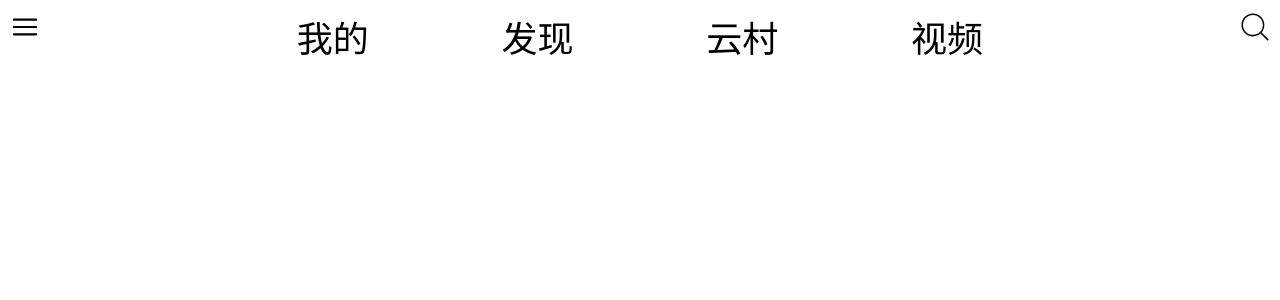
Repository: Kimice1230/Vue-
Page: / (app in wangyiyun-app/)
These files come from the project's save history. The page is drawn as it stood at one moment and after the next save; the edit follows.
The browser window is 1280 px wide. The pictures show the whole page.
The project was rebuilt for these pictures with package versions that can differ from the ones it lists, and the page was loaded fresh each time. Also part of the build but not shown: wangyiyun-app/vue.config.js.

Above is the page before, as saved 2022-07-19 16:04:56.

### wangyiyun-app/public/index.html
<!DOCTYPE html>
<html lang="">
  <head>
    <meta charset="utf-8">
    <meta http-equiv="X-UA-Compatible" content="IE=edge">
    <meta name="viewport" content="width=device-width,initial-scale=1.0">
    <link rel="icon" href="<%= BASE_URL %>favicon.ico">
    <title><%= htmlWebpackPlugin.options.title %></title>
  </head>
  <body>
    <noscript>
      <strong>We're sorry but <%= htmlWebpackPlugin.options.title %> doesn't work properly without JavaScript enabled. Please enable it to continue.</strong>
    </noscript>
    <div id="app"></div>
    <script src="./js/rem.js"></script>
    <script src="./iconfonts/iconfont.js"></script>
    <!-- built files will be auto injected -->
  </body>
</html>
<style>
.icon {
  width: 1em;
  height: 1em;
  vertical-align: -0.15em;
  fill: currentColor;
  overflow: hidden;
}
</style>

### wangyiyun-app/src/App.vue
<template>
  <router-view/>
</template>

<style lang="less">
  *{
    margin: 0;
    padding: 0;
    box-sizing: border-box;
  }
  // .icon{

  // }

</style>

### wangyiyun-app/src/router/index.js
import { createRouter, createWebHistory } from 'vue-router'
import Home from '../views/Home.vue'

const routes = [
  {
    path: '/',
    name: 'home',
    component: Home
  },
  {
    path: '/about',
    name: 'about',
    // route level code-splitting
    // this generates a separate chunk (about.[hash].js) for this route
    // which is lazy-loaded when the route is visited.
    component: () => import(/* webpackChunkName: "about" */ '../views/About.vue')
  }
]

const router = createRouter({
  history: createWebHistory(process.env.BASE_URL),
  routes
})

export default router

### wangyiyun-app/src/views/Home.vue
<template>
  <div class="home">
    <TopNav/>
  </div>
</template>

<script>
import TopNav from '../components/home/TopNav.vue'
export default {
    name:"Home",
    components:{
        TopNav,
    }
}
</script>

<style>

</style>

### wangyiyun-app/src/components/home/TopNav.vue
<template>
  <div class="TopNav">
    <div>
      <svg class="icon" aria-hidden="true">
    <use xlink:href="#icon-caidan"></use>
      </svg>
    </div>

    <div class="topContent">
        <span>我的</span>
        <span>发现</span>
        <span>云村</span>
        <span>视频</span>
     </div>

    <div>
      <svg class="icon" aria-hidden="true">
      <use xlink:href="#icon-sousuo"></use>
      </svg>
    </div>
  </div>
</template>

<script>
export default {
    name:"TopNav",
}
</script>

<style lang="less" scoped>
.TopNav{
    width:100%;
    padding: 10px;
    display:flex;
    justify-content: space-between;
    .topContent{
        width: 65%;
        height: 100%;
        display: flex;
        justify-content: space-around;
        font-size: .36rem;
    }
}

</style>

### wangyiyun-app/public/js/rem.js
function remSize(){
    var deviceWidth=document.documentElement.clientwidth || window.innerWidth
    if (deviceWidth>=750){
        deviceWidth =750
    }
    if (deviceWidth<=320){
        deviceWidth =320
    }
    document.documentElement.style.fontSize=(deviceWidth/7.5)+'px'

    //设置字体大小
    document.querySelector('body').style.fontSize=0.3+"rem"
}
remSize()
//当窗口发生变化就调用
window.onresize=function(){
    remSize()
}

Loaded but not shown: wangyiyun-app/src/main.js (common file); wangyiyun-app/src/store/index.js (common file); wangyiyun-app/public/iconfonts/iconfont.js (library)

After the next save:
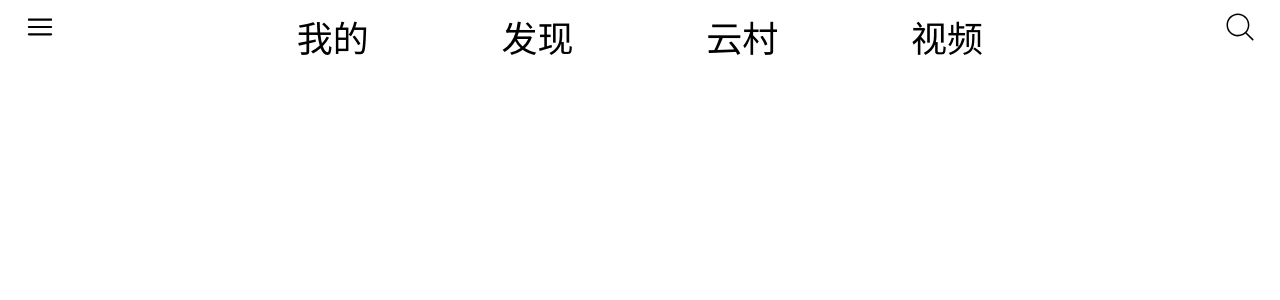
Saved 32 s later.
--- a/wangyiyun-app/public/index.html
+++ b/wangyiyun-app/public/index.html
@@ -19,7 +19,7 @@
 </html>
 <style>
 .icon {
-  width: 1em;
+  width: 2em;
   height: 1em;
   vertical-align: -0.15em;
   fill: currentColor;
